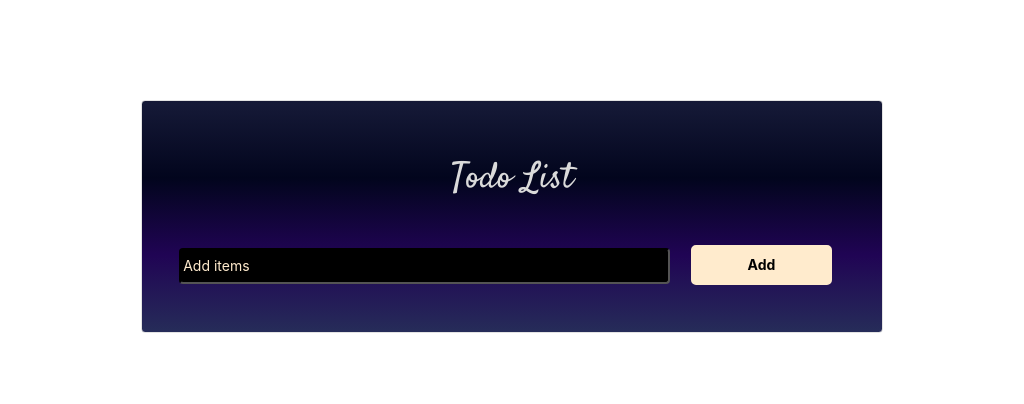
Repository: arpana23/Todo-list
Page: /
The author's editor kept a copy of each file at every save. The page is drawn from the files as they stood at one save, then again after the next save.
The browser window is 1024 px wide. The pictures show the whole page.
Some web libraries are served in a nearby version. The project was rebuilt for these pictures with package versions that can differ from the ones it lists, and the page was loaded fresh each time. Also part of the build but not shown: src/Todolist.js.

Above is the page before, as saved 2021-04-17 22:20:52.

### public/index.html
<!DOCTYPE html>
<html lang="en">
  <head>
    <meta charset="utf-8" />
    <link rel="icon" href="%PUBLIC_URL%/favicon.ico" />
    <meta name="viewport" content="width=device-width, initial-scale=1" />
    <meta name="theme-color" content="#000000" />
    <meta
      name="description"
      content="Web site created using create-react-app"
    />
    <link rel="apple-touch-icon" href="%PUBLIC_URL%/logo192.png" />
    <!--
      manifest.json provides metadata used when your web app is installed on a
      user's mobile device or desktop. See https://developers.google.com/web/fundamentals/web-app-manifest/
    -->
    <script src="https://kit.fontawesome.com/94ade1d1ca.js" crossorigin="anonymous"></script>
    <link rel="preconnect" href="https://fonts.gstatic.com">
    <link href="https://fonts.googleapis.com/css2?family=Satisfy&display=swap" rel="stylesheet">
    <link rel="manifest" href="%PUBLIC_URL%/manifest.json" />
    <!-- Latest compiled and minified CSS -->
    <link rel="stylesheet" href="https://maxcdn.bootstrapcdn.com/bootstrap/3.4.1/css/bootstrap.min.css">

    <!-- jQuery library -->
    <script src="https://ajax.googleapis.com/ajax/libs/jquery/3.5.1/jquery.min.js"></script>

    <!-- Latest compiled JavaScript -->
    <script src="https://maxcdn.bootstrapcdn.com/bootstrap/3.4.1/js/bootstrap.min.js"></script>

    <!--
      Notice the use of %PUBLIC_URL% in the tags above.
      It will be replaced with the URL of the `public` folder during the build.
      Only files inside the `public` folder can be referenced from the HTML.

      Unlike "/favicon.ico" or "favicon.ico", "%PUBLIC_URL%/favicon.ico" will
      work correctly both with client-side routing and a non-root public URL.
      Learn how to configure a non-root public URL by running `npm run build`.
    -->
    <title>React App</title>
  </head>
  <body>
    <noscript>You need to enable JavaScript to run this app.</noscript>
    <div id="root"></div>
    <!--
      This HTML file is a template.
      If you open it directly in the browser, you will see an empty page.

      You can add webfonts, meta tags, or analytics to this file.
      The build step will place the bundled scripts into the <body> tag.

      To begin the development, run `npm start` or `yarn start`.
      To create a production bundle, use `npm run build` or `yarn build`.
    -->
  </body>
</html>

### src/App.js
import React, { useState } from 'react';
import Todolist from './Todolist';
import './App.css';

const App = () => {


  const [inputItem , setInputItem] = useState("");
  const [itemList , setItemList] = useState([]);

  const handleChange = (e) => {
    setInputItem(e.target.value);
  }

  const addItems = (e) => {
    e.preventDefault();
    setItemList((olditems) => {
      return [...olditems, inputItem];
    });
    setInputItem("");
  }

  const updateItem = (id) => {
    let item =  itemList.map((olditems,index,data) => {
      if(index === id) {
        setInputItem(data.splice(index,1));
        olditems = !olditems;
      }
      return [olditems];
      }
    )
    return item;
  }

  const deleteItem = (id) => {
    setItemList((olditems) => {
      return olditems.filter((arrElement,index) => {
        return index !== id;
        // if(index !== id) {
        //   return [...arrElement];
        // }
      })
    })
  }


 return (
  <>
    <div className="main-container">
      <div className="flex-container">
        <div className="well">
          <br />
            <h1 className="title text-center">Todo List</h1>
          <br />
          <div>
            <input type="text" className="addInput" max="10" min="1" placeholder="Add items" value={inputItem} onChange={handleChange}/>
            <button type="submit" className="btn" onClick={addItems}> Add </button>
            <ul className="list-group">
              {
                itemList.map((data,index) => {
                  return <Todolist
                  key= {index}
                  id= {index}
                  list= {data}
                  onEdit= {updateItem}
                  onSelect= {deleteItem}
                  />
                })
              }
            </ul>
          </div>
        </div>
      </div>
    </div>

  </>
 )
}

export default App;

### src/App.css
.App {
  text-align: center;
}

.main-container {
  display: flex;
  flex-direction: column;
  justify-content: center;
}

.flex-container {
  display: flex;
  flex-direction: column;
  align-items: center;
  margin: 100px;
}

.well {
  background-image: linear-gradient(rgb(22, 26, 56),rgb(2, 5, 29),rgb(32, 4, 84),rgb(38, 44, 89));
  width: 40%;
}

.addInput {
  margin: 18px;
  width: 70%;
  height: 5vh;
  border-radius: 4px;
  background-color: black;
  outline: black;
  border-color: black;
  color:blanchedalmond;
  font-size: 14px;
}

.addInput::placeholder {
  color:blanchedalmond;
  margin-left: 2px;
}

.btn {
  margin: 3px;
  width: 20%;
  height: 5.5vh;
  border-radius: 5px;
  margin-top: -2px;
  font-weight: bold;
  background-color: blanchedalmond;
  color: black;
  outline: transparent;
  border: 2px solid blanchedalmond;
}

.btn:hover {
  background-color: blueviolet;
  color: black;
  font-weight: bold;
  outline: transparent;
  border-color: transparent;
}

.btn::-webkit-validation-bubble-arrow-clipper {
  background-color: blueviolet;
  color: black;
  outline: transparent;
  border-color: transparent;
}

.list-group {
  margin: 11px;
}

.mylist {
  /* border: 1px solid black; */
  margin-top: 10px;
  margin-bottom: 10px;
  text-align: justify;
  /* border-radius: 7px; */
}

.list-group-item {
  word-wrap: break-word;
  background-image: linear-gradient(rgb(32, 4, 84),rgb(38, 44, 89));
}

.my-text {
  margin-right: 3px;
  word-wrap: break-word;
  color: blanchedalmond;
}

.ed-del {
  display: flex;
  flex-direction: row;
  margin-top: -20px;
  justify-content: flex-end;
  align-items: center;
}

.fas {
  font-size: 20px;
  margin: 3px;
  display: flex;
  flex-direction: row;
  /* margin: 7px; */
  align-items: center;
}

.title {
  color: #dadada ;
  font-family: 'Satisfy', cursive;
}

.fa-trash {
  color: rgb(45, 30, 255);
}

.fa-edit {
  color:rgb(221, 84, 203);
}

@media screen and (max-width: 480px) {

  .flex-container {
    margin: 0px;
  }

  .well {
    width: 98%;
  }

  .addInput {
    margin: 14px;
    margin-left: 9px;
    width: 90%;
    height: 5vh;
  }

  .btn {
    margin: 3px;
    margin-left: 9px;
    width: 40%;
    height: 4.7vh;
    border-radius: 5px;
    margin-top: -2px;
    font-weight: bold;
    padding: 2px;
  }

  .my-text {
    margin-right: 1px;
  }

  .fas {
    font-size: 14px;
  }

}

@media screen and (min-width: 481px) and (max-width: 768px) {
  .flex-container {
    margin: 0px;
  }

  .well {
    width: 95%;
  }

  .addInput {
    margin: 14px;
    margin-left: 9px;
    width: 95%;
    height: 5.5vh;
  }

  .btn {
    /* margin: 3px; */
    margin-left: 14px;
    width: 20%;
    padding: 2px;
  }
}

@media screen and (min-width: 769px) and (max-width: 992px) {
  .well {
    width: 90%;
  }

  .addInput {
    margin: 14px;
    margin-left:  10px;
    width: 95%;
    height: 5.5vh;
  }

  .btn {
    margin-left: 14px;
    height: 5vh;
  }

  .my-text {
    margin-right: 3px;
  }

  .fas {
    font-size: 20px;
    margin: 3px;
    display: flex;
    flex-direction: row;
    /* margin: 7px; */
    align-items: center;
  }

}

@media screen and (min-width: 993px) and (max-width: 1024px) {

  .well {
    width: 90%;
  }

}

Loaded but not shown: src/index.js (common file); src/index.css (common file); src/reportWebVitals.js (common file)

After the next save:
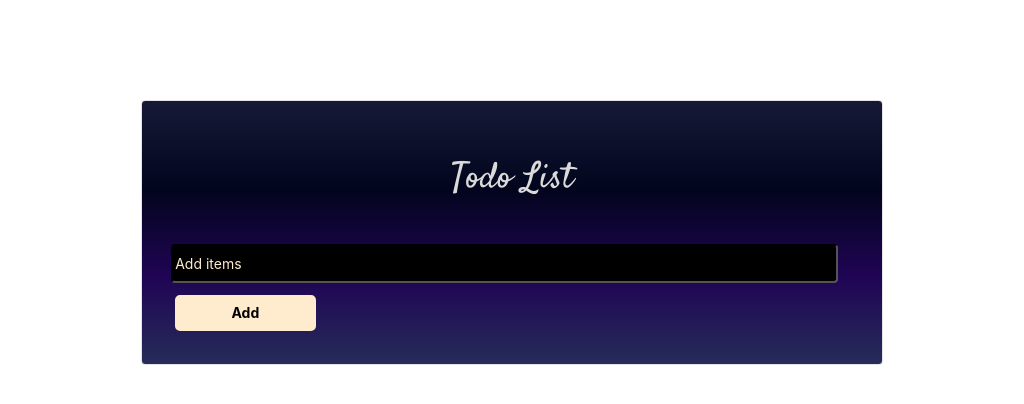
Saved 49 s later.
--- a/src/App.css
+++ b/src/App.css
@@ -218,4 +218,29 @@
     width: 90%;
   }
 
-}
+  .addInput {
+    margin: 14px;
+    margin-left:  10px;
+    width: 95%;
+    height: 5.5vh;
+  }
+
+  .btn {
+    margin-left: 14px;
+    height: 5vh;
+  }
+
+  .my-text {
+    margin-right: 3px;
+  }
+
+  .fas {
+    font-size: 20px;
+    margin: 3px;
+    display: flex;
+    flex-direction: row;
+    /* margin: 7px; */
+    align-items: center;
+  }
+
+}

After the save that followed:
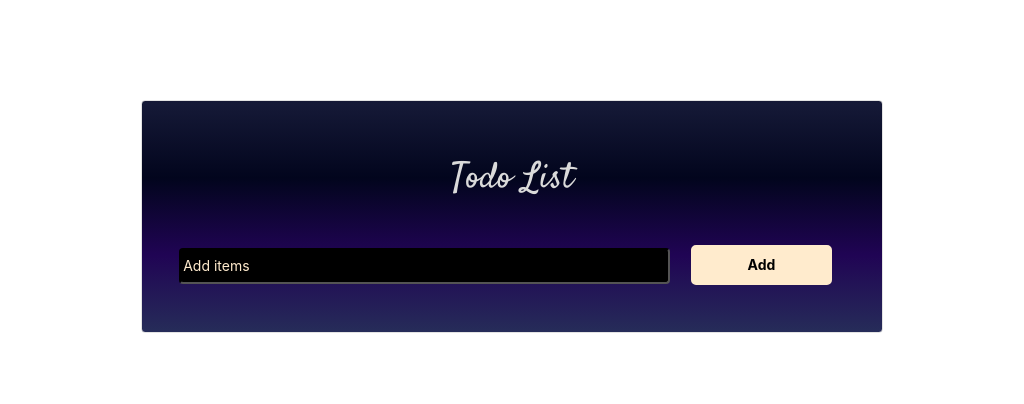
Saved 31 s later.
--- a/src/App.css
+++ b/src/App.css
@@ -218,29 +218,6 @@
     width: 90%;
   }
 
-  .addInput {
-    margin: 14px;
-    margin-left:  10px;
-    width: 95%;
-    height: 5.5vh;
-  }
-
-  .btn {
-    margin-left: 14px;
-    height: 5vh;
-  }
-
-  .my-text {
-    margin-right: 3px;
-  }
-
-  .fas {
-    font-size: 20px;
-    margin: 3px;
-    display: flex;
-    flex-direction: row;
-    /* margin: 7px; */
-    align-items: center;
-  }
-
-}
+
+
+}
